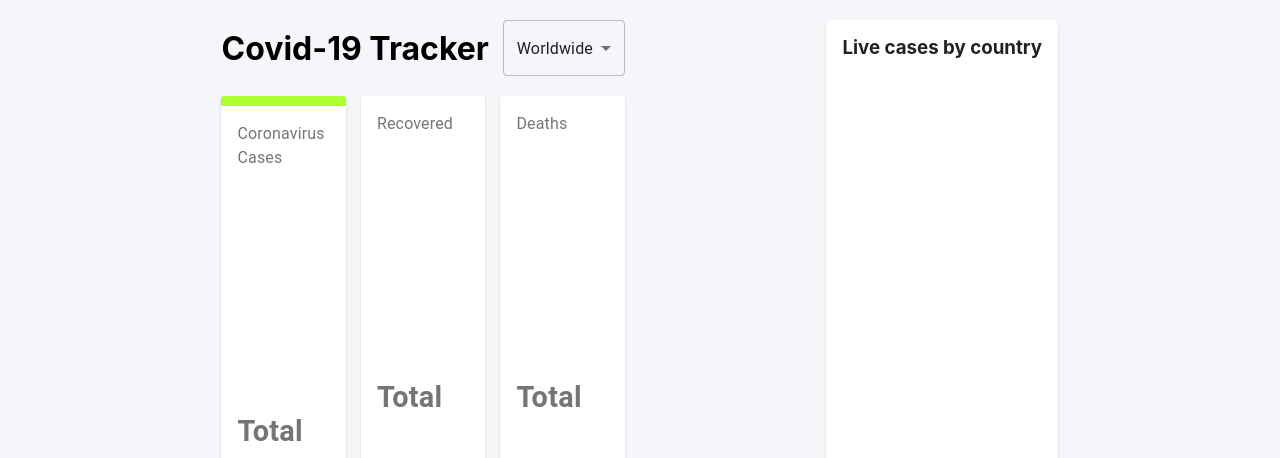
Repository: aashajo/covid-tracker-app-react
Page: /
The author's editor kept a copy of each file at every save. The page is drawn from the files as they stood at one save, then again after the next save.
The browser window is 1280 px wide. The pictures show the part of the page from y = 0 to 458 px (the page is 1045 px tall).
Pictures or frames that could not be fetched are drawn as grey boxes. The page's requests for data from a server got no answer. The project was rebuilt for these pictures with package versions that can differ from the ones it lists, and the page was loaded fresh each time. No one was signed in, and anything a server would have sent is missing. Also part of the build but not shown: src/util.js.

Above is the page before, as saved 2020-08-27 17:21:41.

After the next save:
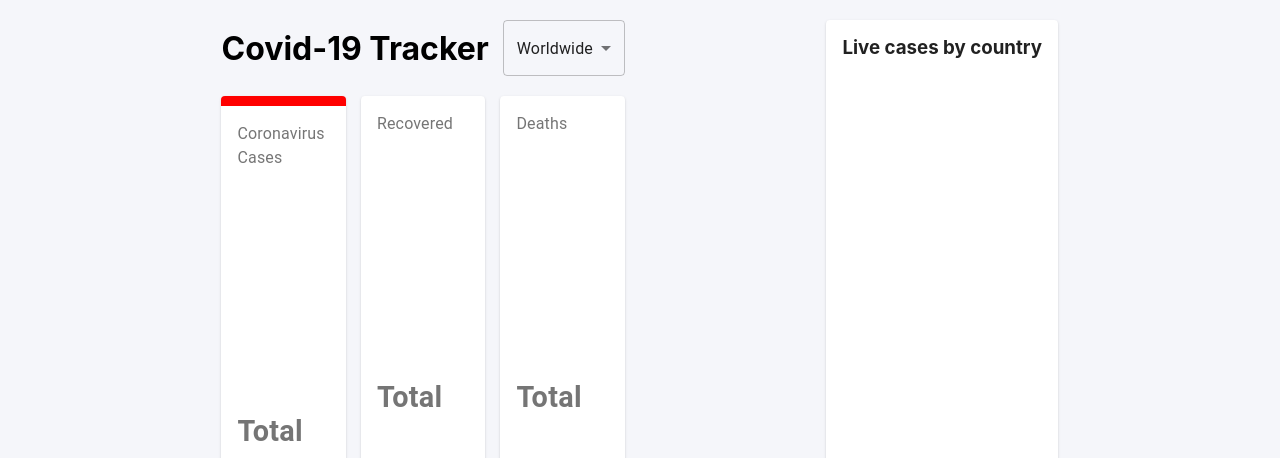
Saved 42 s later.
--- a/src/Infobox.css
+++ b/src/Infobox.css
@@ -8,6 +8,10 @@
 
 .infobox--selected {
     border-top: 10px solid greenyellow;
+}
+
+.infobox--red {
+    border-color: red;
 }
 
 .infobox_cases {
